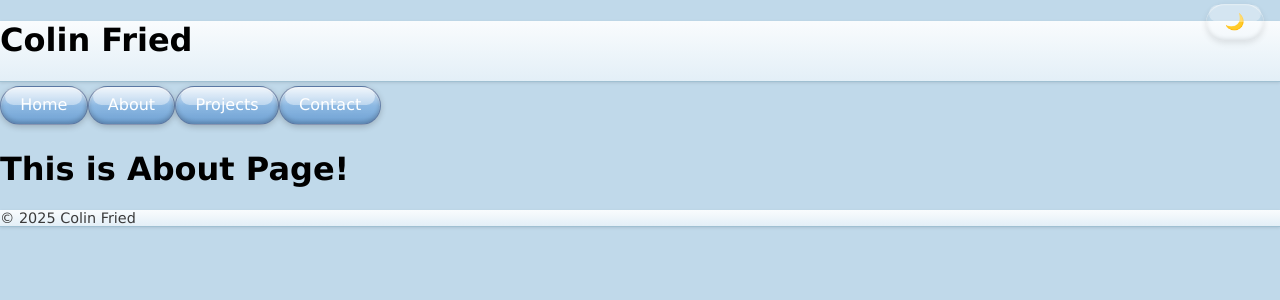
Repository: colinfdsaui/colin
Page: about.html
The author's editor kept a copy of each file at every save. The page is drawn from the files as they stood at one save, then again after the next save.
The browser window is 1280 px wide. The pictures show the whole page.

Above is the page before, as saved 2025-07-09 09:39:23.
Not found: style.css

### about.html
<!DOCTYPE html>
<html lang="en">
<link rel="stylesheet" href="styles.css">
<script src="scripts/main.js" defer></script>

<!-- Header / Nav -->
<header>
    <h1>Colin Fried</h1>
</header>

  <head>
    <meta charset="UTF-8" />
    <meta name="viewport" content="width=device-width, initial-scale=1.0" />
    <link
      href="https://fonts.googleapis.com/css2?family=Montserrat&display=swap"
      rel="stylesheet"
    />

    <link rel="stylesheet" href="../style.css" />

    <title>About</title>
  </head>
  <body>
    <nav>
      <div class="heading">
        <!--<h4>Navigation Bar</h4>-->
      </div>
      <ul class="nav-links">
        <li><a href="../website.html">Home</a></li>
        <li><a class="active" href="about.html">About</a></li>
        <li><a href="projects.html">Projects</a></li>
        <li><a href="contact.html">Contact</a></li>
      </ul>
      <button id="theme-toggle" aria-label="Toggle dark mode">🌙</button>
    </nav>
    <div class="body-text"><h1>This is About Page!</h1></div>
  </body>
</html>

<!-- Footer -->
<footer>
    © 2025 Colin Fried
</footer>

### styles.css
/* ====================
   Global & layout
   ==================== */

/* 1) Define your palette once, at the top of your main stylesheet */
/* ─── Light (default) ───────────────────────────────────────────────────────── */
:root {
  --color-bg-primary:      #c0d9ea;
  --color-bg-secondary:    #e3eff7;
  --color-bg-highlight:    #fffffd;
  --color-accent:          #8db9e3;
  --color-accent-dark:     #6b8cb4;
  --color-text-primary:    #000000;
  --color-text-secondary:  #3b3b3b;
  --color-text-inverse:    #ffffff;
  --color-border:          #a0c0d2;
  --color-shadow:          rgba(0,0,0,0.1);
  --btn-grad-top:       rgba(255,255,255,0.8);  /* glossy highlight */
  --btn-grad-mid:       rgba(141,185,227,0.9);  /* mid‑tone Aqua */
  --btn-grad-bottom:    rgba(110,160,210,1);    /* deeper base */
  /* lighter highlight shadow */
  --color-shadow-light:  rgba(255,255,255,0.6);
  /* darker inset on hover */
  --color-shadow-hover:  rgba(0,0,0,0.3);
  /* darker inset on active */
  --color-shadow-active: rgba(0,0,0,0.2);
}

/* ─── Dark theme overrides ──────────────────────────────────────────────────── */
html[data-theme="dark"] {
  /* Deep “ocean” base */
  --color-bg-primary:      #1f2933;   /* midnight‑blue with teal hint */
  /* Slightly lighter panels & surfaces */
  --color-bg-secondary:    #273645;
  --color-bg-highlight:    #2e3d55;   /* subtle lift for cards/panels */

  /* Aqua‐accent pops */
  --color-accent:          #3fa9f5;   /* sky‑blue */
  --color-accent-dark:     #1e70c7;   /* rich sapphire */

  /* Text tones */
  --color-text-primary:    #d7e7f1;   /* pale ice */
  --color-text-secondary:  #9cb4cc;   /* muted steel blue */
  --color-text-inverse:    #000000;   /* for accent on bright buttons */

  /* Borders & dividers */
  --color-border:          #3a4a5f;   /* faded charcoal */

  /* Shadows */
  --color-shadow:          rgba(0,0,0,0.6); /* deeper shadow for depth */
  --btn-grad-top:       rgba(255,255,255,0.2);  /* subtler highlight */
  --btn-grad-mid:       var(--color-accent);    /* use your dark accent */
  --btn-grad-bottom:    var(--color-accent-dark);
  --color-shadow-light:  rgba(255,255,255,0.3);
  --color-shadow-hover:  rgba(0,0,0,0.5);
  --color-shadow-active: rgba(0,0,0,0.4);
}


#theme-toggle {
  position: fixed;
  top: 0.25rem;
  right: 1rem;
  background: transparent;
  border: none;
  font-size: 1rem;
  cursor: pointer;
  color: var(--color-text-primary);
}

/* ─── Shelf Glow in Dark Mode ─────────────────────────────────────────────── */
html[data-theme="dark"] .shelf::before {
  /* Front face: replace cast shadow with an outward glow */
  box-shadow:
    0 0 8px rgba(63, 169, 245, 0.6),    /* blue halo */
    inset 0 2px 4px rgba(255,255,255,0.2);
}

html[data-theme="dark"] .shelf::after {
  /* Top face: add a soft rim‑light */
  box-shadow:
    0 -2px 4px rgba(63, 169, 245, 0.5),   /* upward glow */
    inset 0 -1px 2px rgba(0,0,0,0.2);
}

/* ─── Book‑item Glow in Dark Mode ─────────────────────────────────────────── */
html[data-theme="dark"] .book-item img {
  /* replace the dark drop‑shadow with a subtle blue glow */
  box-shadow:
    0 0 5px rgba(63,169,245,0.6),   /* ambient glow */
    inset 0 0 6px rgba(63,169,245,0.4); /* soft inner rim‑light */
  transition: box-shadow 0.3s ease, transform 0.2s ease;
}

html[data-theme="dark"] .book-item:hover img {
  /* intensify the glow on hover */
  box-shadow:
    0 0 20px rgba(63,169,245,0.8),
    inset 0 0 8px rgba(63,169,245,0.6);
  transform: scale(1.12) translateY(-4px);
}

body {
  margin:            0;
  padding:           0;
  font-family:       "Lucida Grande", -apple-system, BlinkMacSystemFont, sans-serif;
  background-color:  var(--color-bg-primary);
  color:             var(--color-text-primary);
}

/* Header & Footer with gradient, borders & shadow */
header,
footer {
  background-color:  var(--color-bg-secondary);
  background-image:  linear-gradient(
                       to bottom,
                       rgba(255,255,255,0.8),
                       var(--color-bg-secondary)
                     );
  background-repeat: no-repeat;
  background-size:   cover;
  border-bottom:     1px solid var(--color-border);
  box-shadow:        0 1px 3px var(--color-shadow);
}

nav ul {
  list-style-type: none;
  margin: 0;
  padding: 0;
  display: flex;
  justify-content: left;
}

main {
  padding:    1rem;
  max-width:  1000px;
  margin:     auto;
}

footer {
  font-size:    0.9rem;
  color:        var(--color-text-secondary);
}

/* ====================
   Links as Buttons
   ==================== */

/* Turn every <a> into a button */
a {
  display:          inline-block;
  padding:          0.5em 1em;
  margin:           0.25em 0;
  background-color: var(--color-accent);
  color:            var(--color-text-inverse);
  text-decoration:  none;
  border:           1px solid var(--color-accent-dark);
  border-radius:    4px;
  font-family:      inherit;
  font-size:        1rem;
  line-height:      1.2;
  cursor:           pointer;
  box-shadow:       0 1px 2px var(--color-shadow);
  transition:       background-color 0.2s ease,
                    transform        0.1s ease;
}

/* ====================
   Aqua‑style pill buttons for <a>
   ==================== */
a {
  /* Reset/link basics */
  display:          inline-block;
  position:         relative;      /* for ::before */
  text-decoration:  none;
  color:            var(--color-text-inverse);
  font-family:      inherit;
  font-size:        1rem;
  line-height:      1.5;
  padding:          0.4em 1.2em;   /* taller for pill shape */
  margin:           0.25em 0;

  /* Pill shape + border */
  border-radius:    9999px;
  border:           1px solid rgba(75, 93, 132, 0.6);

  /* Gradient background: top → mid → bottom */
  background-image:
    linear-gradient(
      to bottom,
      rgba(255,255,255,0.8) 0%,       /* bright top */
      rgba(141,185,227,0.9) 50%,      /* mid‑blue */
      rgba(110,160,210,1) 100%        /* darker bottom */
    );

  /* Depth: inner shadow + outer glow */
  box-shadow:
    inset 0 1px 1px rgba(255,255,255,0.6),   /* light inner highlight */
    inset 0 -2px 4px rgba(0,0,0,0.2),        /* dark inner shadow */
    0 2px 6px rgba(0,0,0,0.2);               /* outer drop shadow */

  cursor:           pointer;
  transition:       transform 0.1s ease,
                    box-shadow 0.2s ease;
}

/* the glossy “shine” stripe */
a::before {
  content: "";
  position: absolute;
  top:    4%;
  left:   5%;
  width:  90%;
  height: 45%;
  border-radius: inherit;
  background: rgba(255, 255, 255, 0.4);
}

/* hover / focus lift */
a:hover,
a:focus {
  transform: translateY(-1px);
  box-shadow:
    inset 0 1px 1px rgba(255,255,255,0.6),
    inset 0 -2px 4px rgba(0,0,0,0.3),
    0 4px 8px rgba(0,0,0,0.25);
}

/* active (pressed‑in) state */
a:active {
  transform: translateY(0);
  box-shadow:
    inset 0 1px 2px rgba(0,0,0,0.2),
    0 1px 3px rgba(0,0,0,0.15);
}

/* ====================
   Global Button Styles (apply to every <button>)
   ==================== */
button {
  background-image:
    linear-gradient(
      to bottom,
      var(--btn-grad-top)    0%,
      var(--btn-grad-mid)    50%,
      var(--btn-grad-bottom) 100%
    );
  color:            var(--color-text-inverse);
  border:           1px solid var(--color-accent-dark);
  border-radius:    9999px;
  padding:          0.4em 1.2em;
  font-family:      inherit;
  font-size:        1rem;
  line-height:      1.5;
  cursor:           pointer;
  position:         relative;
  box-shadow:
    inset 0 1px 1px var(--color-shadow-light),
    inset 0 -2px 4px var(--color-shadow),
    0 2px 6px var(--color-shadow);
  transition:       transform 0.1s ease, box-shadow 0.2s ease;
}

button::before {
  content: "";
  position: absolute;
  top:    4%;
  left:   5%;
  width:  90%;
  height: 45%;
  border-radius: inherit;
  background:       var(--btn-grad-top);
  opacity:          0.4;
}

button:hover,
button:focus {
  transform: translateY(-1px);
  box-shadow:
    inset 0 1px 1px var(--color-shadow-light),
    inset 0 -2px 4px var(--color-shadow-hover),
    0 4px 8px var(--color-shadow);
}

button:active {
  transform: translateY(0);
  box-shadow:
    inset 0 1px 2px var(--color-shadow-active),
    0 1px 3px var(--color-shadow);
}

.panel {
  background-color: var(--color-bg-highlight);
  border:           1px solid var(--color-border);
  padding:          1em;
  border-radius:    6px;
}

/* ====================
   Flipbook container (existing)
   ==================== */
#flipbook,
#flipbook-wrapper {
  width:       800px;
  height:      600px;
  margin:      2rem auto;
  overflow:    hidden;
  background:  var(--color-bg-primary);
  border:      1px solid var(--color-border);
  box-shadow:  0 2px 4px var(--color-shadow);
}

/* scoped only to that instance */
#flipbook-wrapper.custom-bg #flipbook {
  background: url("pages/dust_jacket_front.png");
  background-size: contain;
}


#flipbook .page {
  width:         50%;
  height:        100%;
  float:         left;
  overflow:      hidden;
  background:    var(--color-bg-highlight);
  border-right:  1px solid var(--color-border);
  border: 1px solid rgba(0, 0, 0, 0.05); /* soft edge */
}

#flipbook .page.dummy {
  background: empty;
  pointer-events: none;
}

#flipbook .page img {
  width:       100%;
  height:      100%;
  object-fit:  scale;
  transition:  transform 0.3s ease;
}

/* Zoomed page image */
#flipbook .page img.zoomed {
  transform: scale(2);
  cursor:    zoom-out;
}

/* Full-screen zoom modal */
#zoom-modal {
  display:         none;
  position:        fixed;
  inset:           0;
  background:      rgba(0, 0, 0, 0.8);
  z-index:         9999;
  align-items:     center;
  justify-content: center;
  overflow:        auto;
}

#zoom-modal img {
  width:       150%;
  height:      150%;
  transform:   translate(-15%);
  object-fit:  contain;
}

.flipbook-controls {
  display:        flex;
  justify-content: center;  /* center items horizontally */
  align-items:    center;    /* center items vertically */
  flex-wrap:      wrap;      /* allow items to wrap onto multiple lines */
  gap:            0.5rem;    /* space between items */
  margin:         1rem 0;    /* optional vertical spacing around the controls */
}

/* Optional: normalize spacing on every direct child (buttons, inputs, labels) */
.flipbook-controls > * {
  margin: 0.25rem;
}

/* ── Shelf Container ───────────────────────────────────────────────────────── */
.shelf {
  position:       relative;
  padding-bottom: 3rem;  /* room for the plank thickness + shadow */
  margin:         2rem 0;
  perspective:    200px; /* optional for subtle depth */
}

/* Front plank face */
.shelf::before {
  content:        "";
  position:       absolute;
  bottom:         0;
  left:           0%;
  width:          101%;
  height:         1.5rem;   /* thickness of the shelf */
  background:     var(--color-accent-dark);
  border-radius:  2.5px 2.5px 6px 6px;
  box-shadow:
    0 2px 4px rgba(0, 0, 0, 0.11),    /* cast shadow below */
    inset 0 2px 4px rgba(255,255,255,0.2); /* light highlight at top edge */
  z-index:        1;
}

/* ── Shelf Plank ───────────────────────────────────────────────────────────── */
.shelf::after {
  content:        "";
  position:       absolute;
  bottom:         1.5rem;  /* sit directly on top of ::before */
  left:           0.5%;
  width:          100%;
  height:         0.5rem;  /* the “lid” thickness */
  background:     linear-gradient(
                    to bottom,
                    rgba(255,255,255,0.6),
                    var(--color-accent)
                  );
  border-radius:  6px 6px 0 0;
  box-shadow:
    inset 0 -1px 2px rgba(0,0,0,0.2); /* subtle inner shadow */
  z-index:        2;
}
/* ── Cover Gallery ─────────────────────────────────────────────────────────── */
.book-grid {
  display:            grid;
  grid-template-columns: repeat(auto-fill, minmax(160px, 1fr));
  gap:                1rem 2rem;
  padding:            2rem;
  justify-items:      center;
  z-index:  1;
}

.book-item {
  display:            flex;
  flex-direction:     column;
  align-items:        center;
  text-decoration:    none;
  color:              var(--color-text-primary);
  transition:         transform 0.2s ease, box-shadow 0.2s ease;
  background:      none !important;
  border:          none !important;
  box-shadow:      none !important;
  padding:         0 !important;
  position:        static !important;  /* neutralize position:relative */
  margin-bottom:  -3rem;     /* pulls the image down onto the shelf */
  transition:     transform 0.2s ease;
}
/* Remove the glossy pseudo‑element */
.book-item::before {
  content:        none !important;
}

.book-item img {
  width:              100%;
  height:             auto;
  max-height:         250px; /* adjust to preference */
  object-fit:         cover;
  border:             1px solid var(--color-border);
  box-shadow:         0 8px 8px rgba(0,0,0,0.1);
  border-radius:      5px;
}

.book-item .book-title {
  margin-top:         0.5rem;
  font-size:          0.9rem;
  text-align:         center;
}

.book-item:hover {
  transform:          translateY(-4px);
  box-shadow:         0 8px 16px rgba(0,0,0,0.15);
  transform: translateY(-4px);
  transform: scale(1.1);
  z-index: 10;
}

### scripts/main.js
// main.js

document.addEventListener('DOMContentLoaded', () => {
  const btn  = document.getElementById('theme-toggle');
  const root = document.documentElement;

  // On load, apply saved theme
  if (localStorage.getItem('theme') === 'dark') {
    root.setAttribute('data-theme', 'dark');
    btn.textContent = '☀️';
  }

  btn.addEventListener('click', () => {
    const isDark = root.getAttribute('data-theme') === 'dark';

    if (isDark) {
      root.removeAttribute('data-theme');
      localStorage.removeItem('theme');
      btn.textContent = '🌙';
    } else {
      root.setAttribute('data-theme', 'dark');
      localStorage.setItem('theme', 'dark');
      btn.textContent = '☀️';
    }
  });
});

After the next save:
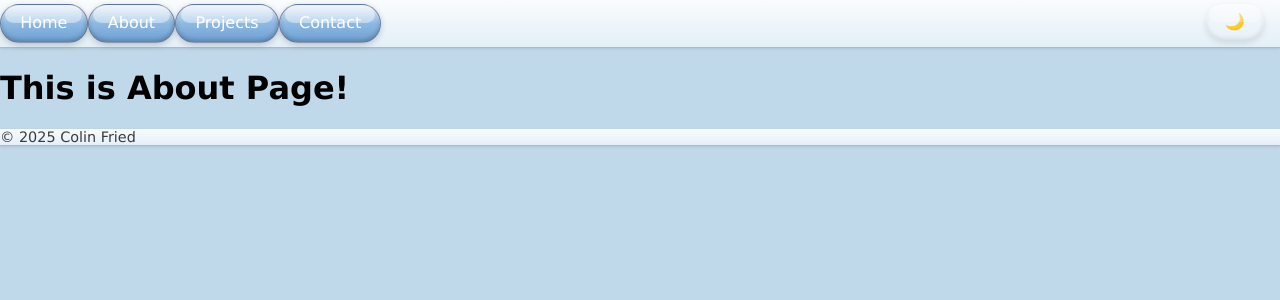
Saved 94 s later.
--- a/about.html
+++ b/about.html
@@ -3,24 +3,21 @@
 <link rel="stylesheet" href="styles.css">
 <script src="scripts/main.js" defer></script>
 
-<!-- Header / Nav -->
-<header>
-    <h1>Colin Fried</h1>
-</header>
 
-  <head>
-    <meta charset="UTF-8" />
-    <meta name="viewport" content="width=device-width, initial-scale=1.0" />
-    <link
-      href="https://fonts.googleapis.com/css2?family=Montserrat&display=swap"
-      rel="stylesheet"
-    />
+<head>
+  <meta charset="UTF-8" />
+  <meta name="viewport" content="width=device-width, initial-scale=1.0" />
+  <link
+  href="https://fonts.googleapis.com/css2?family=Montserrat&display=swap"
+  rel="stylesheet"
+  />
 
-    <link rel="stylesheet" href="../style.css" />
+  <link rel="stylesheet" href="../style.css" />
+</head>
 
-    <title>About</title>
-  </head>
-  <body>
+  <title>About</title>
+  <!-- Header / Nav -->
+  <header>
     <nav>
       <div class="heading">
         <!--<h4>Navigation Bar</h4>-->
@@ -33,6 +30,9 @@
       </ul>
       <button id="theme-toggle" aria-label="Toggle dark mode">🌙</button>
     </nav>
+  </header>
+  <body>
+
     <div class="body-text"><h1>This is About Page!</h1></div>
   </body>
 </html>
